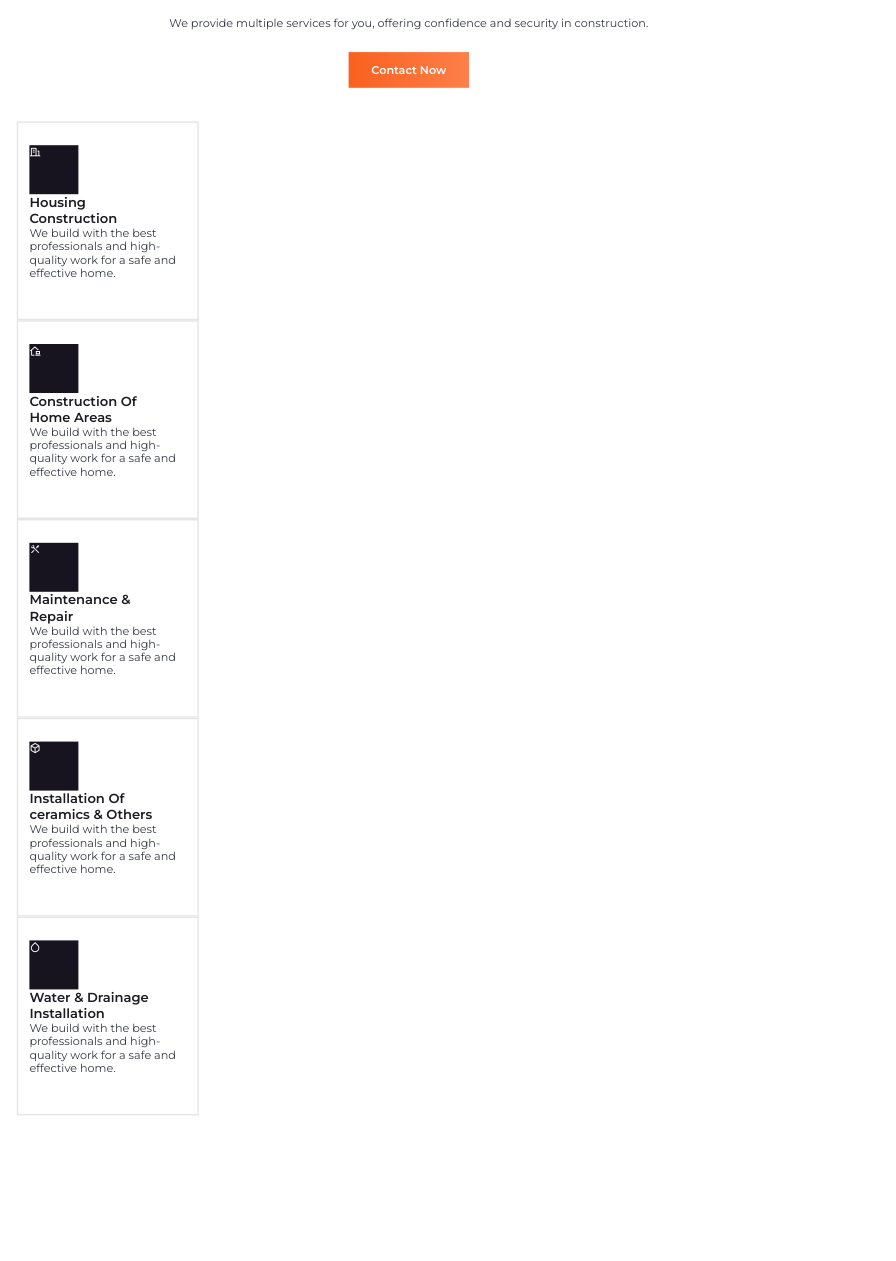
Repository: douglasabnovato/construction
Page: index.html
These files come from the project's save history. The page is drawn as it stood at one moment and after the next save; the edit follows.
The browser window is 1280 px wide. The pictures show the part of the page from y = 2858 to 4778 px (the page is 4660 px tall before and 4780 px after), at 70% of full size.

Above is the page before, as saved 2025-05-01 13:06:58.

After the next save:
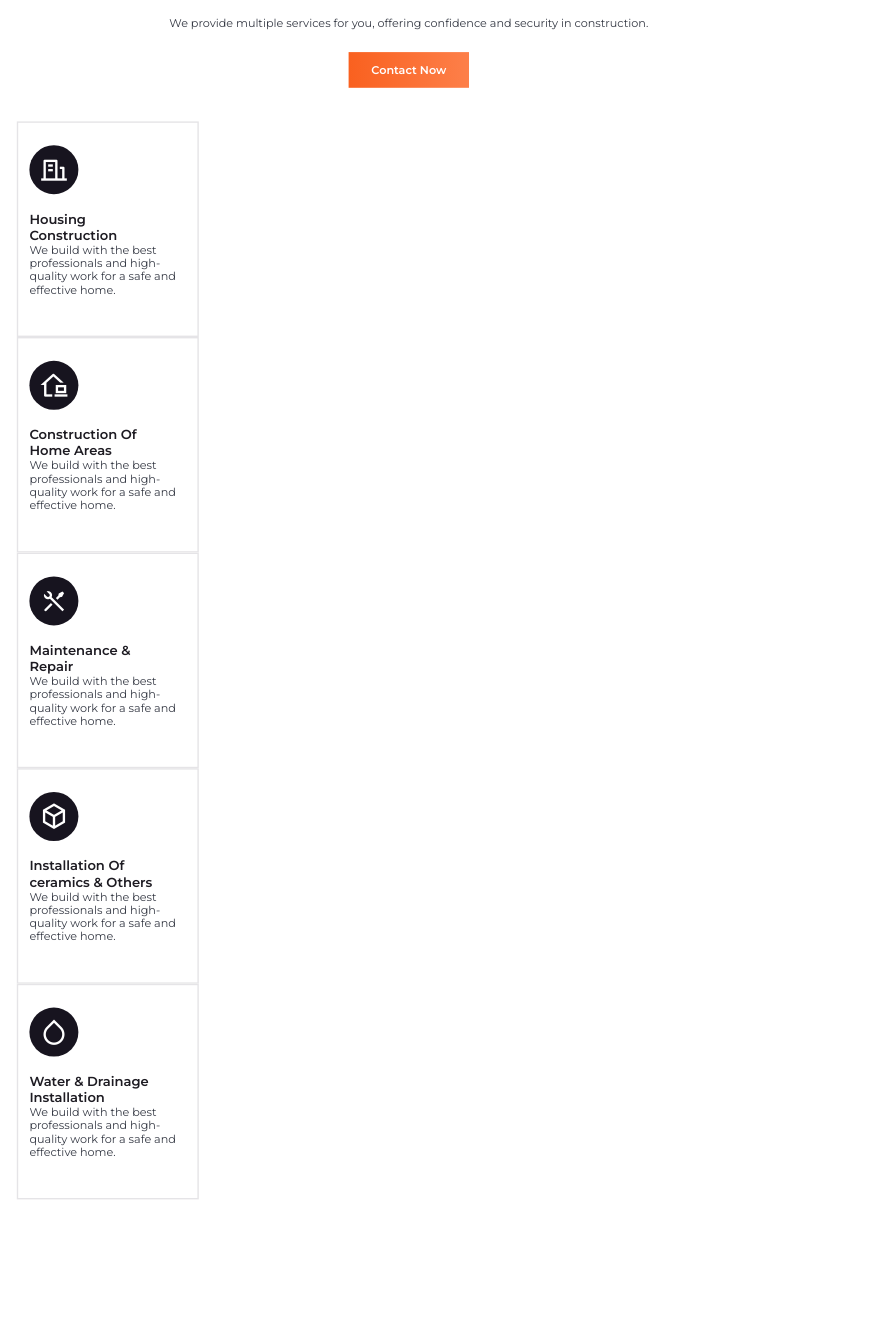
Saved 56 s later.
--- a/assets/css/styles.css
+++ b/assets/css/styles.css
@@ -438,6 +438,12 @@ img {
   height: 70px;
   background-color: var(--black-color);
   color: var(--white-color);
+  border-radius: 50%;
+  display: grid;
+  place-items: center;
+  font-size: 2.5rem;
+  margin-bottom: 1.5rem;
+
 }
 
 /* Swiper class */
